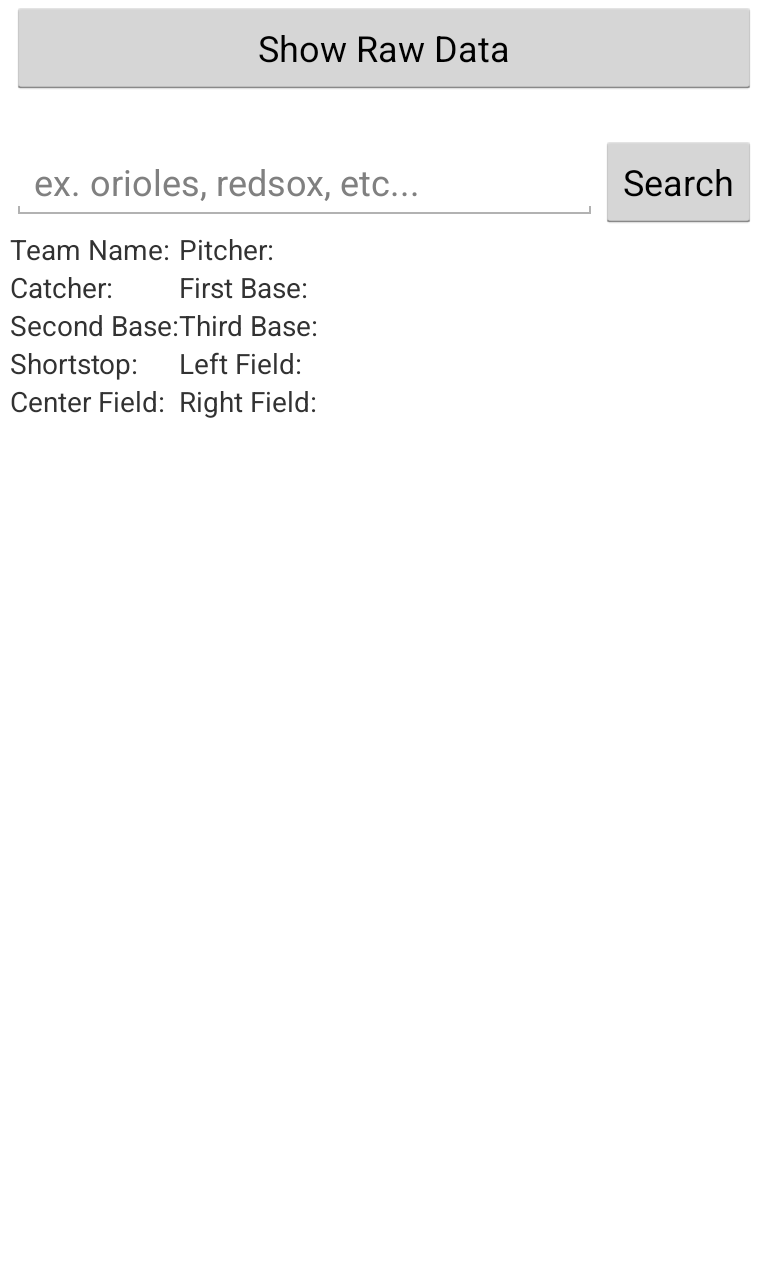
Repository: jemcphe/java1
Layout: teamG.M./TeamGM/res/layout/applayout.xml
The author's editor kept a copy of each file at every save. The layout is drawn from the files as they stood at one save, then again after the next save.
It is drawn on a 768 x 1280 px phone screen (xhdpi) without system bars, with theme AppTheme; the app's code is not run.

Above is the layout before, as saved 2013-05-27 04:45:20.

### teamG.M./TeamGM/res/layout/applayout.xml
<?xml version="1.0" encoding="utf-8"?>
<LinearLayout xmlns:android="http://schemas.android.com/apk/res/android"
    android:layout_width="fill_parent"
    android:layout_height="fill_parent"
    android:orientation="vertical"
    android:paddingLeft="5dp"
    android:paddingRight="5dp" >

    <LinearLayout
        android:id="@+id/historyLayout"
        android:layout_width="match_parent"
        android:layout_height="wrap_content"
        android:orientation="vertical" >
        <Button
            android:id="@+id/dataButton"
            android:layout_width="match_parent"
            android:layout_height="wrap_content"
            android:text="@string/show_raw_data" />
        <TextView
            android:id="@+id/historyLabel"
            android:layout_width="fill_parent"
            android:layout_height="wrap_content"
            android:textIsSelectable="false"
            android:visibility="invisible"/>

    </LinearLayout>

    <LinearLayout
        android:id="@+id/searchLayout"
        android:layout_width="fill_parent"
        android:layout_height="wrap_content"
        android:orientation="horizontal" >

        <EditText
            android:id="@+id/searchField"
            android:layout_width="wrap_content"
            android:layout_height="wrap_content"
            android:layout_weight="1"
            android:hint="ex. orioles, redsox, etc..." />

        <Button
            android:id="@+id/searchButton"
            android:layout_width="wrap_content"
            android:layout_height="wrap_content"
            android:text="@string/search" />
    </LinearLayout>

    <GridLayout
        android:id="@+id/teamDisplay"
        android:layout_width="match_parent"
        android:layout_height="0dip"
        android:layout_weight="1"
        android:columnCount="2">

        <TextView
            android:layout_width="wrap_content"
            android:layout_height="wrap_content"
            android:text="Team Name:"/>
        <TextView
            android:layout_width="wrap_content"
            android:layout_height="wrap_content"
            android:text="Pitcher:"/>
        <TextView
            android:layout_width="wrap_content"
            android:layout_height="wrap_content"
            android:text="Catcher:"/>
        <TextView
            android:layout_width="wrap_content"
            android:layout_height="wrap_content"
            android:text="First Base:"/>
        <TextView
            android:layout_width="wrap_content"
            android:layout_height="wrap_content"
            android:text="Second Base:"/>
        <TextView
            android:layout_width="wrap_content"
            android:layout_height="wrap_content"
            android:text="Third Base:"/>
        <TextView
            android:layout_width="wrap_content"
            android:layout_height="wrap_content"
            android:text="Shortstop:"/>
        <TextView
            android:layout_width="wrap_content"
            android:layout_height="wrap_content"
            android:text="Left Field:"/>
        <TextView
            android:layout_width="wrap_content"
            android:layout_height="wrap_content"
            android:text="Center Field:"/>
        <TextView
            android:layout_width="wrap_content"
            android:layout_height="wrap_content"
            android:text="Right Field:"/>

    </GridLayout>








</LinearLayout>

### teamG.M./TeamGM/res/values/strings.xml
<?xml version="1.0" encoding="utf-8"?>
<resources>

    <string name="app_name">Team GM</string>
    <string name="action_settings">Settings</string>
    <string name="hello_world">Hello world!</string>
    <string name="show_raw_data">Show Raw Data</string>
    <string name="search_for_a_team_to_display_and_store_data">Search For A Team To Display And Store Data</string>
    <string name="search_hint">ex. orioles, redsox, etc...</string>
    <string name="go">GO</string>
    <string name="search">Search</string>

</resources>

Loaded but not shown: teamG.M./TeamGM/res/values/styles.xml (common file); teamG.M./TeamGM/res/values-v11/styles.xml (common file); teamG.M./TeamGM/res/values-v14/styles.xml (common file)

After the next save:
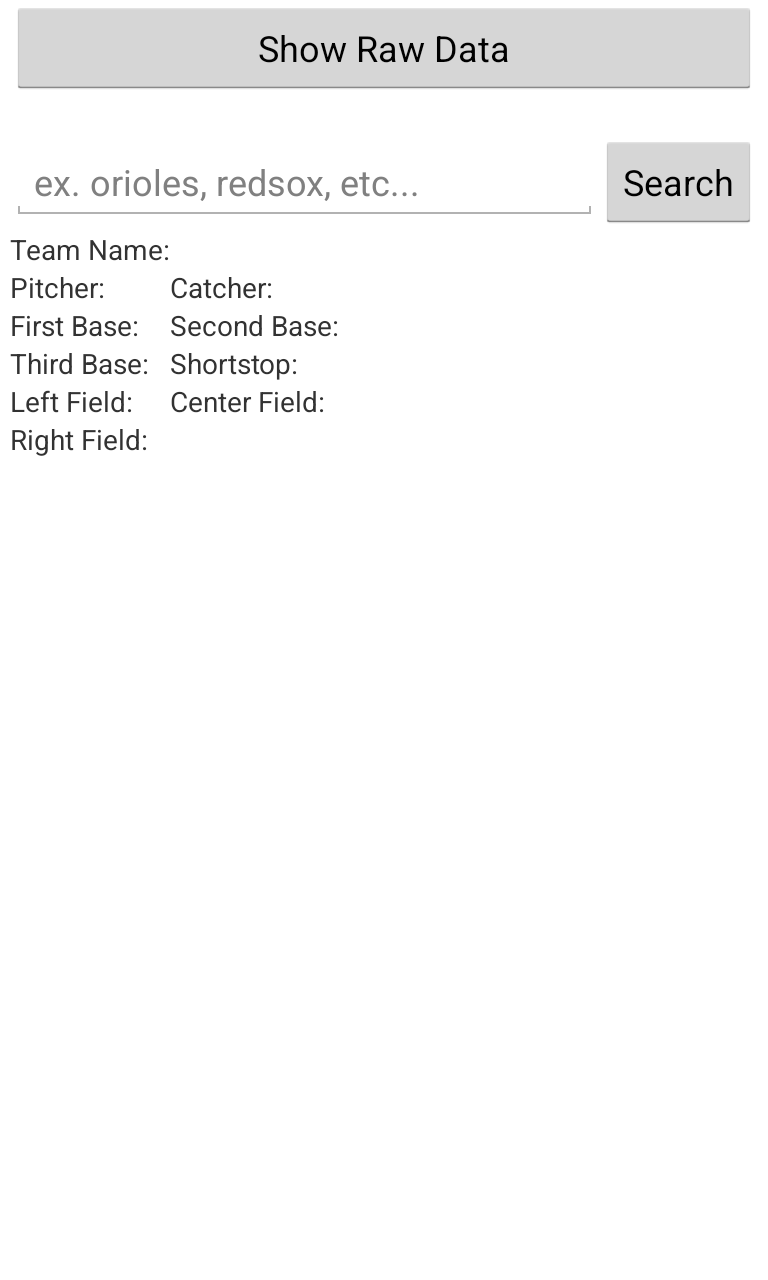
Saved 3 min 53 s later.
--- a/teamG.M./TeamGM/res/layout/applayout.xml
+++ b/teamG.M./TeamGM/res/layout/applayout.xml
@@ -57,6 +57,10 @@
             android:layout_height="wrap_content"
             android:text="Team Name:"/>
         <TextView
+            android:id="@+id/teamNameData"
+            android:layout_width="wrap_content"
+            android:layout_height="wrap_content"/>
+        <TextView
             android:layout_width="wrap_content"
             android:layout_height="wrap_content"
             android:text="Pitcher:"/>
